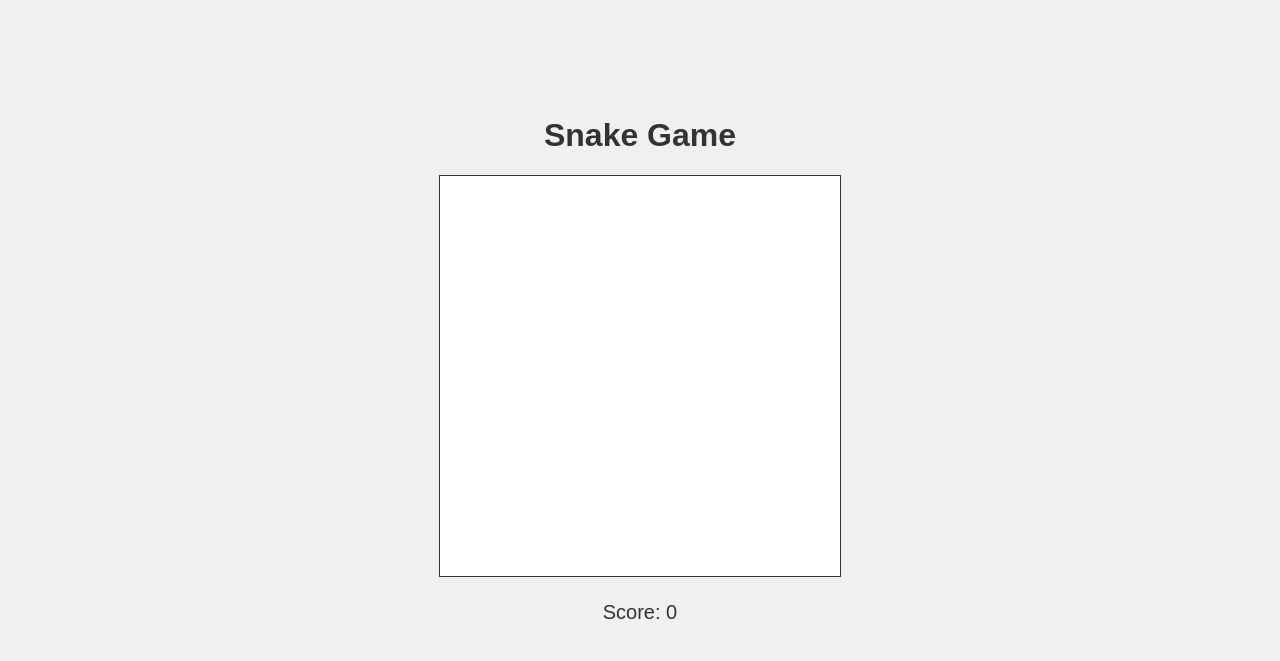
Repository: Taofeekolusola/Landing-page
Page: index.html
The author's editor kept a copy of each file at every save. The page is drawn from the files as they stood at one save, then again after a run of saves.
The browser window is 1280 px wide. The pictures show the whole page.

Above is the page before, as saved 2024-05-06 17:42:28.
Not found: script.js

### index.html
<!DOCTYPE html>
<html lang="en">
<head>
    <meta charset="UTF-8">
    <meta name="viewport" content="width=device-width, initial-scale=1.0">
    <title>Snake Game</title>
    <link rel="stylesheet" href="styles.css">
</head>
<body>
    <div class="container">
        <h1>Snake Game</h1>
        <canvas id="gameCanvas" width="400" height="400"></canvas>
        <div id="score">Score: 0</div>
    </div>
    <script src="script.js"></script>
</body>
</html>

### styles.css
body {
    font-family: Arial, sans-serif;
    margin: 0;
    padding: 0;
    display: flex;
    justify-content: center;
    align-items: center;
    height: 100vh;
    background-color: #f0f0f0;
}

.container {
    text-align: center;
}

h1 {
    color: #333;
}

canvas {
    border: 1px solid #333;
    background-color: #fff;
}

#score {
    margin-top: 20px;
    font-size: 20px;
    color: #333;
}

After the next 2 saves:
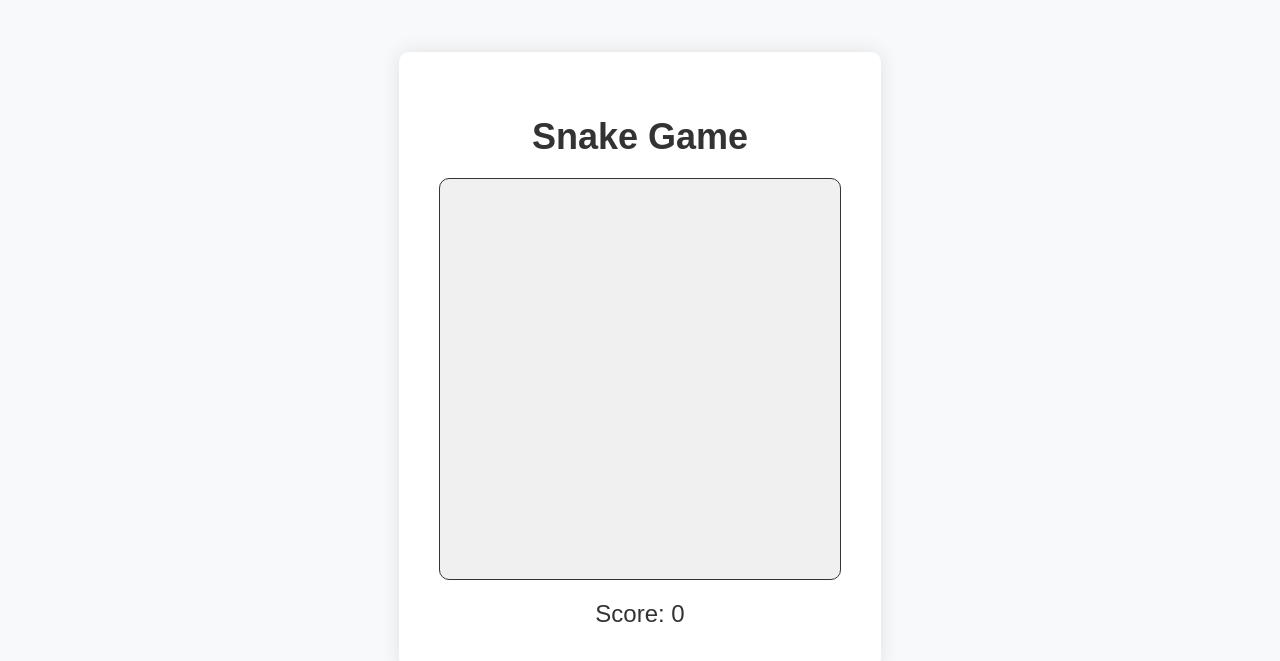
The 2 saves are shown as one change because they came seconds apart.
The last was saved 6 min 30 s later.
--- a/styles.css
+++ b/styles.css
@@ -6,24 +6,33 @@
     justify-content: center;
     align-items: center;
     height: 100vh;
-    background-color: #f0f0f0;
+    background-color: #f8f9fa;
 }
 
 .container {
     text-align: center;
+    background-color: #fff;
+    border-radius: 10px;
+    box-shadow: 0 0 20px rgba(0, 0, 0, 0.1);
+    padding: 40px;
 }
 
 h1 {
     color: #333;
+    font-size: 36px;
+    margin-bottom: 20px;
 }
 
 canvas {
     border: 1px solid #333;
-    background-color: #fff;
+    background-color: #f0f0f0;
+    margin: 0 auto;
+    display: block;
+    border-radius: 10px;
 }
 
 #score {
     margin-top: 20px;
-    font-size: 20px;
+    font-size: 24px;
     color: #333;
 }
